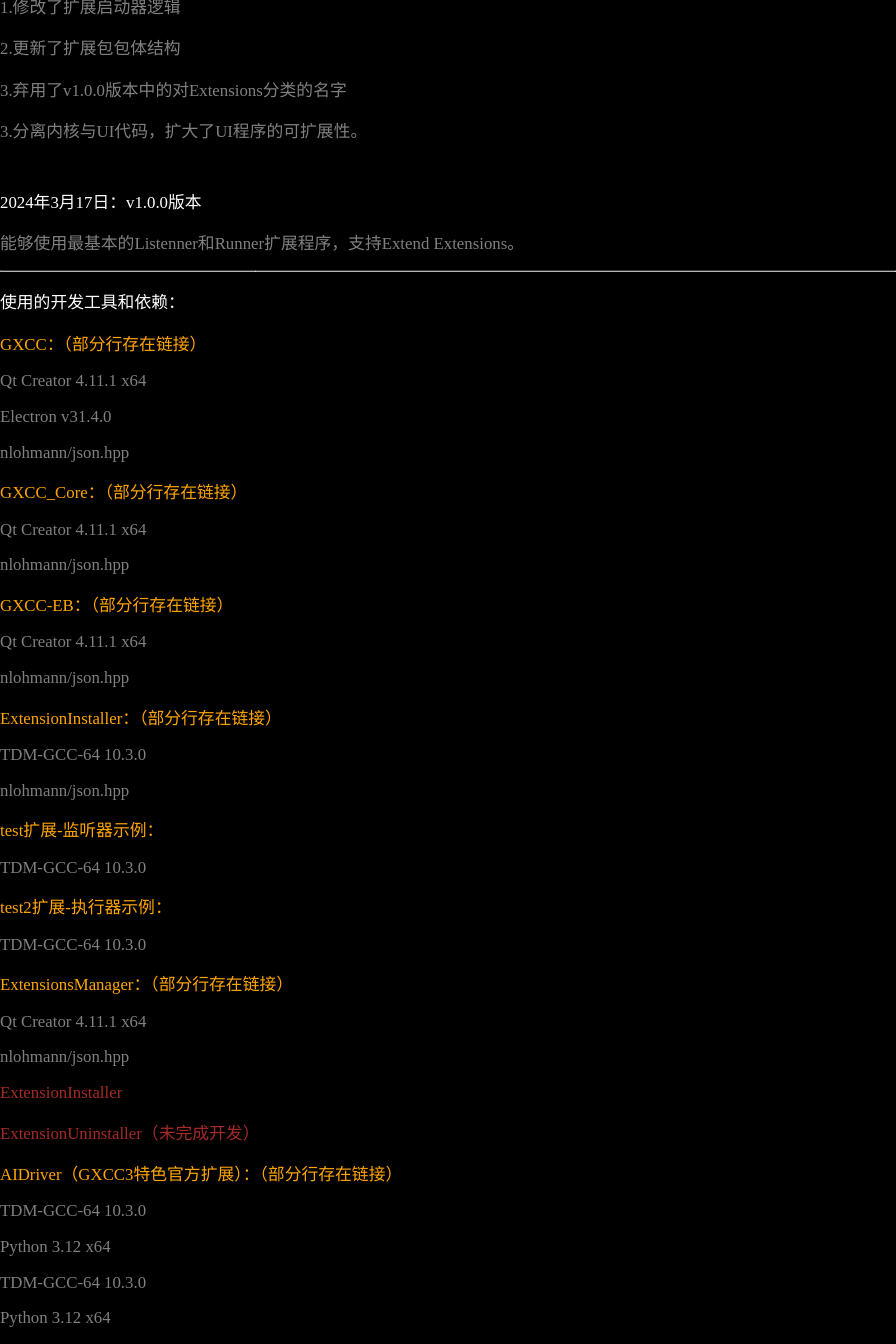
Repository: Lisu-Liso/GXCC
Page: index.html
These files come from the project's save history. The page is drawn as it stood at one moment and after the next save; the edit follows.
The browser window is 1280 px wide. The pictures show the part of the page from y = 1902 to 3822 px (the page is 3822 px tall before and 3771 px after), at 70% of full size.

Above is the page before, as saved 2024-10-01 12:22:46.

### index.html
<!DOCTYPE html>
<html lang="zh">
    <head>
        <meta http-equiv="Content-Type" content="text/html;charset=utf-8">
        <title>GXCC - GralleoX Studio</title>
        <link rel="stylesheet" type="text/css" href="./header.css">
        <link rel="shortcut icon" href="./GralleoX logo v2 web.ico">
        <style>
            body{
                overflow        : scroll;
                background-color: black;
                top             : 0;
                bottom          : 0;
                left            : 0;
                right           : 0;
                margin-top      : 100px;
                margin-bottom   : 0;
                margin-left     : 0;
                margin-right    : 0;
                user-select     : none;
            }
            ::-webkit-scrollbar{display: none;}
            .getin_screen{
                position        : fixed;
                top             : 0;
                bottom          : 0;
                left            : 0;
                right           : 0;
                background-color: rgba(0,0,0,0);
                color           : rgba(0,0,0,0);
                animation       : getinanimation 4s ease-in-out;
                text-align      : center;
                display         : table-cell;
            }
            @keyframes getinanimation{
                0% {
                    background-color       : rgba(255,255,255,1);
                    color                  : black;
                    backdrop-filter        : blur(15px);
                    -webkit-backdrop-filter: blur(15px);
                }
                40% {
                    background-color       : rgba(255,255,255,0.5);
                    color                  : black;
                    backdrop-filter        : blur(15px);
                    -webkit-backdrop-filter: blur(15px);
                }
                70% {
                    background-color       : rgba(255,255,255,0.5);
                    color                  : black;
                    backdrop-filter        : blur(15px);
                    -webkit-backdrop-filter: blur(15px);
                }
                100% {
                    background-color       : rgba(0,0,0,0);
                    color                  : rgba(0,0,0,0);
                    backdrop-filter        : blur(0px);
                    -webkit-backdrop-filter: blur(0px);
                }
            }
            .download_block{
                position               : fixed;
                top                    : 100px;
                left                   : 100px;
                right                  : 100px;
                bottom                 : 100px;
                margin-top             : 10px;
                margin-left            : 10px;
                margin-right           : 10px;
                margin-bottom          : 10px;
                background-color       : rgba(255,255,255,0.5);
                backdrop-filter        : blur(15px);
                -webkit-backdrop-filter: blur(15px);
                border-radius          : 100px;
                box-shadow             : 0 20px 50px rgba(0,0,0,0.2);
            }
            @keyframes blockout{
                0% {
                    background-color       : rgba(255,255,255,0);
                    backdrop-filter        : blur(0px);
                    -webkit-backdrop-filter: blur(0px);
                    box-shadow             : 0 20px 50px rgba(0,0,0,0);
                    opacity                : 0;
                }
                100% {
                    background-color       : rgba(255,255,255,0.5);
                    backdrop-filter        : blur(15px);
                    -webkit-backdrop-filter: blur(15px);
                    box-shadow             : 0 20px 50px rgba(0,0,0,0.2);
                    opacity                : 1;
                }
            }
            @keyframes blockquite{
                0% {
                    background-color       : rgba(255,255,255,0.5);
                    backdrop-filter        : blur(15px);
                    -webkit-backdrop-filter: blur(15px);
                    box-shadow             : 0 20px 50px rgba(0,0,0,0.2);
                    opacity                : 1;
                }
                100% {
                    background-color       : rgba(255,255,255,0);
                    backdrop-filter        : blur(0px);
                    -webkit-backdrop-filter: blur(0px);
                    box-shadow             : 0 20px 50px rgba(0,0,0,0);
                    opacity                : 0;
                }
            }
            .header-float{
                position: fixed;
                top     : 0;
                left    : 0;
                right   : 0;
                width   : 100%;
            }
            .black_board{
                position               : fixed;
                top                    : 80px;
                left                   : 0;
                right                  : 0;
                bottom                 : 0;
                margin-top             : 0;
                margin-left            : 0;
                margin-right           : 0;
                margin-bottom          : 0;
                backdrop-filter        : blur(15px);
                -webkit-backdrop-filter: blur(15px);
                background-color       : rgba(0,0,0,0.3);
            }
            @keyframes boardout{
                0% {
                    backdrop-filter        : blur(0px);
                    -webkit-backdrop-filter: blur(0px);
                    background-color       : rgba(0,0,0,0);
                }
                100% {
                    backdrop-filter        : blur(15px);
                    -webkit-backdrop-filter: blur(15px);
                    background-color       : rgba(0,0,0,0.3);
                }
            }
            @keyframes boardquite{
                0% {
                    backdrop-filter        : blur(15px);
                    -webkit-backdrop-filter: blur(15px);
                    background-color       : rgba(0,0,0,0.3);
                }
                100% {
                    backdrop-filter        : blur(0px);
                    -webkit-backdrop-filter: blur(0px);
                    background-color       : rgba(0,0,0,0);
                }
            }
            .newbutton{
                background   : linear-gradient(75deg,rgba(145, 202, 240, 0.75),rgba(248, 102, 248, 0.75));
                border-radius: 20px;
                text-align   : center;
                cursor       : pointer;
            }
            :root {
                --rainbow-gradient: linear-gradient(-90deg,#adfbda 0,#35c3ff 30%,#fda399 50%,#76d880 70%,#ebf38b 90%,#adfbda 100%);
            }
            .article-header--title {
                background-image       : var(--rainbow-gradient,#fff);
                background-size        : 100%;
                background-repeat      : repeat;
                background-clip        : text;
                -webkit-background-clip: text;
                -webkit-text-fill-color: transparent;
                -moz-background-clip   : text;
                -moz-text-fill-color   : transparent;
                filter                 : drop-shadow(0 0 2rpx #000);
                text-shadow            : none!important;
                cursor                 : pointer;
            }
            a{
                text-decoration: none;
            }
            font{
                cursor : default;
            }
            .backgroundimage{
                position: fixed;
                top     : 0;
                left    : 0;
                right   : 0;
                width   : 100%;
                height  : 100%;
                z-index: -1;
            }
            .normaltext{
                font-size: 18pt;
                color: white;
            }
            .smallnormaltext{
                font-size: 12pt;
                color: white;
            }
        </style>
    </head>
    <body>
        <canvas id="bgCanvas" class="backgroundimage"></canvas>
        <script>
            // 获取画布
            var canvas = document.getElementById('bgCanvas');
            var ctx = canvas.getContext('2d');

            // 设置画布尺寸与窗口大小一致
            canvas.width = window.innerWidth;
            canvas.height = window.innerHeight;

            // 创建一个数组用于存储星星的信息
            var stars = [];

            // 创建星星对象
            function Star(x, y, radius, color, speed) {
                this.x = x;
                this.y = y;
                this.radius = radius;
                this.color = color;
                this.speed = speed;
            }

            // 初始化星星
            function init() {
                for (var i = 0; i < 200; i++) {
                    var x = Math.random() * canvas.width;
                    var y = Math.random() * canvas.height;
                    var radius = Math.random() * 2;
                    var color = 'white';
                    var speed = Math.random() * 0.5;

                    stars.push(new Star(x, y, radius, color, speed));
                }
            }

            // 绘制星星
            function drawStars() {
                ctx.clearRect(0, 0, canvas.width, canvas.height);

                for (var i = 0; i < stars.length; i++) {
                    var star = stars[i];

                    ctx.beginPath();
                    ctx.arc(star.x, star.y, star.radius, 0, Math.PI * 2);
                    ctx.fillStyle = star.color;
                    ctx.fill();
                }
            }

            // 更新星星位置
            function updateStars() {
                for (var i = 0; i < stars.length; i++) {
                    var star = stars[i];

                    star.x += star.speed;

                    if (star.x > canvas.width) {
                        star.x = 0;
                    }
                }
            }

            // 动画循环
            function animate() {
                requestAnimationFrame(animate);

                drawStars();
                updateStars();
            }

            // 初始化并启动动画
            init();
            animate();
        </script>
        <div style="text-align:center;top:0;left:0;right:0;"><font size="7"color="white">这里是GXCC中文官网！</font></div>
        <p class="normaltext" style="color: orange;">通知：开发者目前需要上学，开发进度受阻，更新频率和修复BUG频率均会降低</p>
        <p class="normaltext" style="color: orange;">重要声明：GXCC4将开放UI设计，并且我们会使用Electron重构软件界面，软件界面会得到前所未有的美化。</p>
        <p class="normaltext">GXCC3和GXCC3开发者文档下载链接</p>
        <a class="newbutton" onclick="join_us()"><font class="article-header--title" size="7">Download</font></a>
        <div class="black_board" id="bb"></div>
        <div class="download_block" id="download_block">
            <div style="text-align: center">
                <a class="newbutton" onclick="close_download_block()"><font class="article-header--title" size="7">点击关闭此框</font></a>
            </div>
            <div style="margin-left: 1cm;">
                <font size="7" color="black">这里是下载链接</font>
                <br>
                <font class="normaltext" style="color:red;">如果杀毒软件报告有病毒请忽略，此软件已经经过Microsoft Defender检测，360纯属误报。</font>
                <br>
                <font class="smallnormaltext" style="color: #76d880;">软件声明：您对AI说过的一切内容由你本地的计算机进行计算和处理，无需上传网络，请放心共享您的信息。出于运行需要，你对AI分享的信息会被作为日志保存在AIDriver扩展的文件夹中的日志文件中，如果你需要清除这些信息，请不要删除这些文件。请打开文件并写入‘1’作为占位，否则会影响AIDriver的正常运行。</font>
                <br>
                <a class="normaltext newbutton" href="https://github.com/Lisu-Liso/GXCC/releases">Link</a>
            </div>
        </div>
        <hr/>
        <br>
        <p class="normaltext">软件简介：</p>
        <br>
        <p class="normaltext">GXCC是GralleoX Studio Central Controller的简称，是一款集中控制器软件。这款软件可以使用任何为GXCC开发的扩展程序，并给予GXCC扩展程序之间的调度。GXCC可任意控制任何与Windows电脑相连的组件（无线或有线连接），Windows上的系统功能和程序等。GXCC会持续更新。</p>
        <br>
        <hr/>
        <br>
        <p class="normaltext">更新日志：</p>
        <br>
        <p class="normaltext">2024年8月4日：v3.4.2版本</p>
        <p class="normaltext" style="color: grey;">修复了BUG，预装了GXCC的部分功能，但功能与使用无关，与扩展开发者相关。</p>
        <p class="normaltext">2024年8月4日：v3.4.1版本</p>
        <p class="normaltext" style="color: grey;">更新了大语言模型为Lama3.1:8b，打包后安装出现错误未发布。</p>
        <p class="normaltext">2024年8月4日：v3.3.2版本</p>
        <p class="normaltext" style="color: grey;">修复了BUG，新增了部分功能</p>
        <p class="normaltext">2024年8月3日：v3.2.0版本</p>
        <p class="normaltext" style="color: grey;">截止目前最有前景的版本：</p>
        <p class="normaltext" style="color: grey;">1.重构扩展启动器，不再支持扩展启动器processwaitstarter被提出GXCC单独使用。并更名为GXCC-EB。修改配置读取逻辑。</p>
        <p class="normaltext" style="color: grey;">2.重构UI，界面没有太大改变但是支持更多功能。</p>
        <p class="normaltext" style="color: grey;">3.新增新的官方扩展AIDriver，默认跟随GXCC启动。</p>
        <p class="normaltext" style="color: grey;">4.新增新的官方扩展ExtensionsManager包管理器，用于管理扩展的存在或者配置。（目前ExtensionsManager的卸载功能处于不可用状态，后续我们会发布卸载程序的扩展包提供安装。）</p>
        <p class="normaltext" style="color: grey;">5.更改扩展的开发文档，不再兼容之前的包体，但依然可以快速迁移到新版本。</p>
        <br>
        <p class="normaltext">2024年?月?日：v2.1.0版本</p>
        <p class="normaltext" style="color: grey;">该版本由于BUG极多并未发布，但是功能如下：</p>
        <p class="normaltext" style="color: grey;">1.修改了扩展启动器逻辑</p>
        <p class="normaltext" style="color: grey;">2.更新了扩展包包体结构</p>
        <p class="normaltext" style="color: grey;">3.弃用了v1.0.0版本中的对Extensions分类的名字</p>
        <p class="normaltext" style="color: grey;">3.分离内核与UI代码，扩大了UI程序的可扩展性。</p>
        <br>
        <p class="normaltext">2024年3月17日：v1.0.0版本</p>
        <p class="normaltext" style="color: grey;">能够使用最基本的Listenner和Runner扩展程序，支持Extend Extensions。</p>
        <hr>
        <p class="normaltext">使用的开发工具和依赖：</p>
        <p class="normaltext" style="color:orange;">GXCC：（部分行存在链接）</p>
        <p class="normaltext" style="color:grey;">Qt Creator 4.11.1 x64</p>
        <p class="normaltext" style="color:grey;">Electron v31.4.0</p>
        <a href="https://github.com/nlohmann/json"><p class="normaltext" style="color:grey;">nlohmann/json.hpp</p></a>
        <p class="normaltext" style="color:orange;">GXCC_Core：（部分行存在链接）</p>
        <p class="normaltext" style="color:grey;">Qt Creator 4.11.1 x64</p>
        <a href="https://github.com/nlohmann/json"><p class="normaltext" style="color:grey;">nlohmann/json.hpp</p></a>
        <p class="normaltext" style="color:orange;">GXCC-EB：（部分行存在链接）</p>
        <p class="normaltext" style="color:grey;">Qt Creator 4.11.1 x64</p>
        <a href="https://github.com/nlohmann/json"><p class="normaltext" style="color:grey;">nlohmann/json.hpp</p></a>
        <p class="normaltext" style="color:orange;">ExtensionInstaller：（部分行存在链接）</p>
        <p class="normaltext" style="color:grey;">TDM-GCC-64 10.3.0</p>
        <a href="https://github.com/nlohmann/json"><p class="normaltext" style="color:grey;">nlohmann/json.hpp</p></a>
        <p class="normaltext" style="color:orange;">test扩展-监听器示例：</p>
        <p class="normaltext" style="color:grey;">TDM-GCC-64 10.3.0</p>
        <p class="normaltext" style="color:orange;">test2扩展-执行器示例：</p>
        <p class="normaltext" style="color:grey;">TDM-GCC-64 10.3.0</p>
        <p class="normaltext" style="color:orange;">ExtensionsManager：（部分行存在链接）</p>
        <p class="normaltext" style="color:grey;">Qt Creator 4.11.1 x64</p>
        <a href="https://github.com/nlohmann/json"><p class="normaltext" style="color:grey;">nlohmann/json.hpp</p></a>
        <p class="normaltext" style="color: brown;">ExtensionInstaller</p>
        <p class="normaltext" style="color: brown;">ExtensionUninstaller（未完成开发）</p>
        <p class="normaltext" style="color:orange;">AIDriver（GXCC3特色官方扩展）：（部分行存在链接）</p>
        <p class="normaltext" style="color:grey;">TDM-GCC-64 10.3.0</p>
        <p class="normaltext" style="color:grey;">Python 3.12 x64</p>
        <p class="normaltext" style="color:grey;">TDM-GCC-64 10.3.0</p>
        <p class="normaltext" style="color:grey;">Python 3.12 x64</p>

        <div class="headerblock">
            <div class="centertext"><font size="6">GralleoX Studio</font></div>
            <div class="lefttext"><font size="6">Spwaiter</font></div>
            <div class="righttext"><font size="6">2024</font></div>
        </div>
        <div class="getin_screen" id="getin">
            <font size="7" id="getintext">网站正在加载，请稍后...</font>
        </div>
    </body>
    <script type="text/javascript">
        let t = document.getElementById("download_block");
        t.style.display = "none";

        t = document.getElementById("bb");
        t.style.display = "none";
    </script>
    <script type="text/javascript">
        setTimeout(function(){
            let t = document.getElementById("getintext");
            t.innerHTML = "网站加载完毕，即将进入网站。";
            setTimeout(function(){
                let t = document.getElementById("getin");
                t.style.display = "none";
            },2000);
        },2000);
        function join_us(){
            let t = document.getElementById("download_block");
            t.style.display = "block";
            t.style.animation = "blockout 0.5s ease-in-out";

            t = document.getElementById("bb");
            t.style.display = "block";
            t.style.animation = "boardout 0.5s ease-in-out";
        }
        function close_download_block(){
            let t = document.getElementById("download_block");
            t.style.animation = "blockquite 0.5s ease-in-out";

            t = document.getElementById("bb");
            t.style.animation = "boardquite 0.5s ease-in-out";
            setTimeout(function(){
                let t = document.getElementById("download_block");
                t.style.display = "none";

                t = document.getElementById("bb");
                t.style.display = "none";
            },500);
        }
    </script>
</html>

### header.css
.headerblock{
    position               : fixed;
    top                    : 0px;
    left                   : 0px;
    right                  : 0px;
    margin-top             : 0px;
    margin-left            : 0px;
    margin-right           : 0px;
    width                  : 100%;
    height                 : 80px;
    background-color       : rgba(255,255,255,0.5);
    backdrop-filter        : blur(10px);
    -webkit-backdrop-filter: blur(10px);
    box-shadow             : 0 20px 50px rgba(0,0,0,0.2);
    align-items            : center;
}
.centertext{
    position    : fixed;
    top         : 0;
    left        : 0;
    right       : 0;
    margin-top  : 20px;
    margin-left : 20px;
    margin-right: 20px;
    text-align  : center;
    filter      : drop-shadow(0 0 2rem #000);
    text-shadow : none!important;
    color       : black;
}
.lefttext{
    position    : fixed;
    top         : 0;
    left        : 0;
    right       : 0;
    margin-top  : 20px;
    margin-left : 20px;
    margin-right: 20px;
    text-align  : left;
    filter      : drop-shadow(0 0 2rem #000);
    text-shadow : none!important;
    color       : black;
}
.righttext{
    position    : fixed;
    top         : 0;
    left        : 0;
    right       : 0;
    margin-top  : 20px;
    margin-left : 20px;
    margin-right: 20px;
    text-align  : right;
    filter      : drop-shadow(0 0 2rem #000);
    text-shadow : none!important;
    color       : black;
}

After the next save:
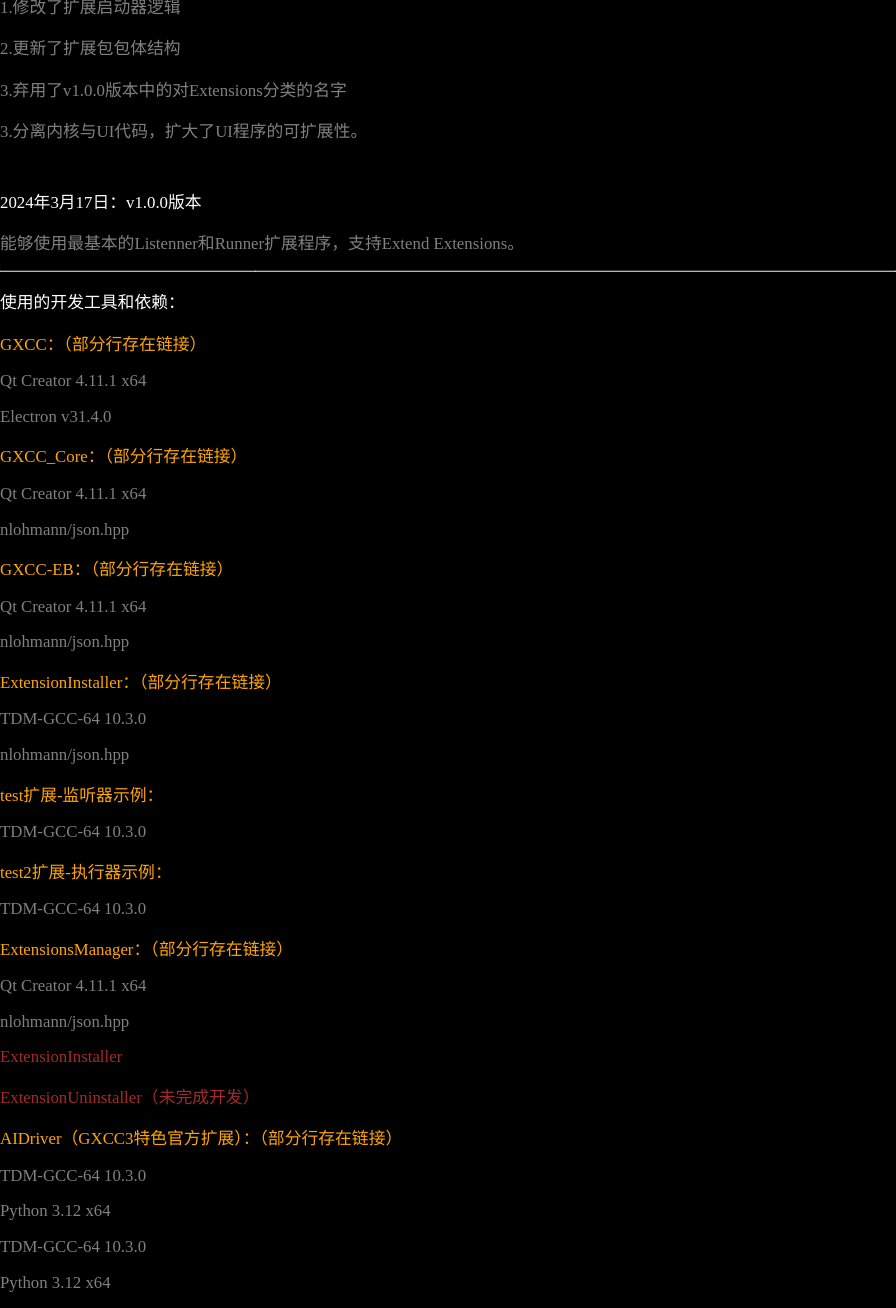
Saved 16 s later.
--- a/index.html
+++ b/index.html
@@ -331,7 +331,6 @@
         <p class="normaltext" style="color:orange;">GXCC：（部分行存在链接）</p>
         <p class="normaltext" style="color:grey;">Qt Creator 4.11.1 x64</p>
         <p class="normaltext" style="color:grey;">Electron v31.4.0</p>
-        <a href="https://github.com/nlohmann/json"><p class="normaltext" style="color:grey;">nlohmann/json.hpp</p></a>
         <p class="normaltext" style="color:orange;">GXCC_Core：（部分行存在链接）</p>
         <p class="normaltext" style="color:grey;">Qt Creator 4.11.1 x64</p>
         <a href="https://github.com/nlohmann/json"><p class="normaltext" style="color:grey;">nlohmann/json.hpp</p></a>
